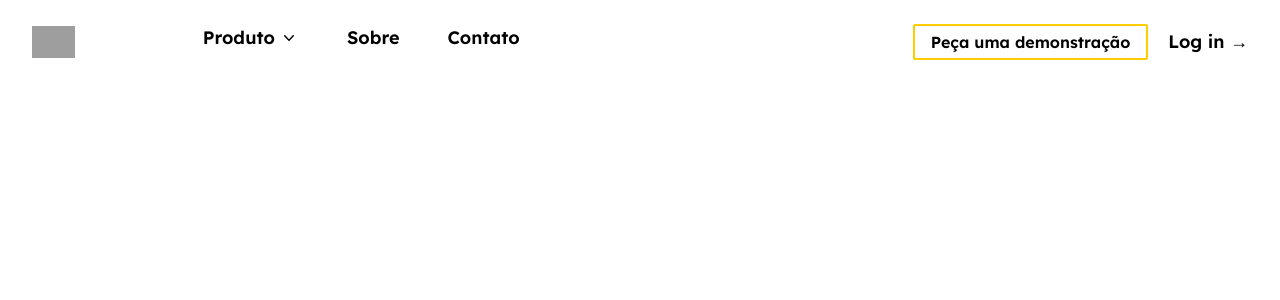
Repository: VereAbsolutum/site-institucional
Page: /
An editor plug-in stored every save of this project. The page is shown before and after a run of saves, followed by the edit.
The browser window is 1280 px wide. The pictures show the whole page.
Pictures or frames that could not be fetched are drawn as grey boxes. The project was rebuilt for these pictures with package versions that can differ from the ones it lists, and the page was loaded fresh each time. Also part of the build but not shown: vite.config.ts, src/presentation/components/buttons/button-primary.tsx, src/presentation/components/links/link-base.tsx, src/presentation/components/links/link-primary.tsx, src/presentation/components/links/link-border-primary.tsx, src/presentation/components/links/link-border-white.tsx, src/presentation/components/typography/text-base.tsx, src/presentation/components/typography/display.tsx and 8 more.

Above is the page before, as saved 2023-04-13 12:42:18.

### src/App.tsx
import React from 'react'
import { BrowserRouter, Routes, Route } from "react-router-dom"
import { Home, NotFound } from './presentation/pages'

const App: React.FC = () => {
  return (
    <BrowserRouter >
      <Routes>
        <Route path='/' element={<Home />} />
        <Route path='*' element={<NotFound />} />
      </Routes>
    </BrowserRouter>
  )
}

export default App

### src/index.css
@import url("https://fonts.googleapis.com/css?family=lexend+Deca:300,500,600|Playfair+Display:500");

:root {
    --font-family-lexend_deca: "Lexend Deca";
    --font-family-playfair_display: "Playfair Display";
    font-family: 'Lexend Deca', sans-serif;
}

@tailwind base;
@tailwind components;
@tailwind utilities;

### src/presentation/pages/index.ts
export { default as Home } from './home/home'
export { default as NotFound } from './not-found/notFound'

### src/presentation/pages/home/home.tsx
import React from 'react';
import { ButtonBorderPrimary, ButtonPrimary, Header, LinkBorderPrimary, LinkBorderWhite, LinkPrimary, TextCaption, TextDisplay, TextHeading1, TextHeading2, TextHeading3, TextMenu, TextParagraph, TextParagraphSmall } from '../../components';

const home: React.FC = () => {
    return (
        <>
            <Header />
            <main>
                <section className='bg-black'>
                    {/* <div className='inline-flex flex-col space-y-4'>
                        <ButtonBorderPrimary label='click here' />
                        <ButtonPrimary label='click here' />
                        <LinkPrimary>
                            Link to click
                        </LinkPrimary>
                        <LinkBorderPrimary>
                            Link to click
                        </LinkBorderPrimary>
                        <LinkBorderWhite>
                            Link to click
                        </LinkBorderWhite>
                        <TextDisplay>Display</TextDisplay>
                        <TextHeading1>Heading 1</TextHeading1>
                        <TextHeading2>Heading 2</TextHeading2>
                        <TextHeading3>Heading 3</TextHeading3>
                        <TextParagraph>Paragraph</TextParagraph>
                        <TextParagraphSmall>Paragraph Small</TextParagraphSmall>
                        <TextCaption>Caption</TextCaption>
                        <TextMenu>Menu</TextMenu>
                    </div> */}
                </section>
            </main>
        </>


    );
};

export default home;

### src/presentation/components/index.ts
export { default as Header } from './header/header'

export { default as ButtonBase } from './buttons/button-base'
export { default as ButtonBorderPrimary } from './buttons/button-border-primary'
export { default as ButtonPrimary } from './buttons/button-primary'

export { default as LinkBase } from './links/link-base'
export { default as LinkPrimary } from './links/link-primary'
export { default as LinkBorderPrimary } from './links/link-border-primary'
export { default as LinkBorderWhite } from './links/link-border-white'

export { default as TextBase } from './typography/text-base'
export { default as TextDisplay } from './typography/display'
export { default as TextHeading1 } from './typography/heading1'
export { default as TextHeading2 } from './typography/heading2'
export { default as TextHeading3 } from './typography/heading3'
export { default as TextParagraph } from './typography/paragraph'
export { default as TextParagraphSmall } from './typography/paragraph-small'
export { default as TextCaption } from './typography/caption'
export { default as TextMenu } from './typography/menu'

### src/presentation/components/header/header.tsx
import React, { useState } from 'react'
import {
    Bars3Icon,
    ChartPieIcon,
    CursorArrowRaysIcon,
    FingerPrintIcon,
} from '@heroicons/react/24/outline'
import { PhoneIcon, PlayCircleIcon } from '@heroicons/react/20/solid'
import { MainMenu, MobileMenu } from './components'
import { ButtonBorderPrimary } from '..'

const products = [
    { name: 'CdAdm Web', description: 'Get a better understanding of your traffic', href: '#', icon: ChartPieIcon },
    { name: 'CdAdm Grafico', description: 'Speak directly to your customers', href: '#', icon: CursorArrowRaysIcon },
    { name: 'CdFin', description: 'Your customers’ data will be safe and secure', href: '#', icon: FingerPrintIcon }
]
const callsToAction = [
    { name: 'Assista a Demo', href: '#', icon: PlayCircleIcon },
    { name: 'Contato', href: '#', icon: PhoneIcon },
]

function classNames(...classes: string[]) {
    return classes.filter(Boolean).join(' ');
}

const header: React.FC = () => {
    const [mobileMenuOpen, setMobileMenuOpen] = useState(false)

    return (
        <header className="bg-white">
            <nav className="mx-auto flex max-w-7xl items-center justify-between p-6 lg:px-8" aria-label="Global">

                <div className="flex lg:flex-1">
                    <a href="#" className="-m-1.5 p-1.5">
                        <span className="sr-only">SCordon</span>
                        <img className="h-8 w-auto" src="https://tailwindui.com/img/logos/mark.svg?color=indigo&shade=600" alt="" />
                    </a>

                    {/* main menu */}
                    <div className='ml-32'>
                        <MainMenu products={products} />
                    </div>
                </div>

                <div className="flex lg:hidden">
                    {/* Button */}
                    <button
                        type="button"
                        className="-m-2.5 inline-flex items-center justify-center rounded-md p-2.5 text-gray-700"
                        onClick={() => setMobileMenuOpen(true)}
                    >
                        <span className="sr-only">Open main menu</span>
                        <Bars3Icon className="h-6 w-6" aria-hidden="true" />
                    </button>
                </div>



                <div className="hidden lg:flex lg:flex-1 lg:justify-end align-items: center">
                    <div className='mr-5'>
                        <ButtonBorderPrimary label='Peça uma demonstração' />
                    </div>
                    <div className="flex items-center">
                        <a href="#" className="text-lg font-medium leading-6 font-semibold">
                            Log in <span aria-hidden="true">&rarr;</span>
                        </a>
                    </div>
                    {/* Button */}
                </div>
            </nav>

            <MobileMenu
                mobileMenuOpen={mobileMenuOpen}
                setMobileMenuOpen={setMobileMenuOpen}
                products={products}
                callsToAction={callsToAction}
            />
        </header>
    )
}

export default header

### src/presentation/components/buttons/button-base.tsx
import React from 'react'

export type ButtonProps = React.ButtonHTMLAttributes<HTMLButtonElement> & {
    label: string;
    className?: string;
};

const buttonBase: React.FC<ButtonProps> = ({ label, className, ...rest }) => {
    const baseClasses =
        'font-semibold rounded-sm hover:bg-blue-700 focus:outline-none focus:ring-2 focus:ring-blue-400 focus:ring-opacity-75';

    return (
        <button className={`${baseClasses} ${className}`} {...rest}>
            {label}
        </button>
    );
};

export default buttonBase;

### src/presentation/components/buttons/button-border-primary.tsx
// BorderedButton.tsx
import React from 'react';
import { ButtonBase } from '..';
import { ButtonProps } from './button-base';

const buttonBorderPrimary: React.FC<ButtonProps> = ({ className, ...rest }) => {
    const baseClasses = 'px-4 py-1 border-2 border-yellow bg-transparent border border-blue-500 text-blue-500 hover:bg-blue-500';

    return <ButtonBase className={`${baseClasses} ${className}`} {...rest} />;
};

export default buttonBorderPrimary;

### src/presentation/components/header/components/index.ts
export { default as MobileMenu } from './mobile-menu'
export { default as MainMenu } from './main-menu'

### src/presentation/components/header/components/mobile-menu.tsx
import React from 'react'
import { Dialog, Disclosure } from '@headlessui/react'
import { ChevronDownIcon, XMarkIcon } from '@heroicons/react/24/outline'
import { ButtonFilled } from '../..';

function classNames(...classes: string[]) {
    return classes.filter(Boolean).join(' ');
}

export type MobileMenuProps = {
    mobileMenuOpen: boolean
    setMobileMenuOpen: (open: boolean) => void
    products: Array<{
        name: string
        description: string
        href: string
        icon: any
    }>
    callsToAction: Array<{
        name: string
        href: string
        icon: any
    }>
}

const mobileMenu: React.FC<MobileMenuProps> = ({ mobileMenuOpen, setMobileMenuOpen, products, callsToAction }) => {
    return (
        <Dialog as="div" className="lg:hidden" open={mobileMenuOpen} onClose={setMobileMenuOpen}>
            <div className="fixed inset-0 z-10" />

            {/* Mobile Menu */}
            <Dialog.Panel className="fixed inset-y-0 right-0 z-10 w-full overflow-y-auto bg-white px-6 py-6 sm:max-w-sm sm:ring-1 sm:ring-gray-900/10">
                <div className="flex items-center justify-between">
                    <a href="#" className="-m-1.5 p-1.5">
                        <span className="sr-only">Your Company</span>
                        <img
                            className="h-8 w-auto"
                            src="https://tailwindui.com/img/logos/mark.svg?color=indigo&shade=600"
                            alt=""
                        />
                    </a>


                    <button
                        type="button"
                        className="-m-2.5 rounded-md p-2.5 text-gray-700"
                        onClick={() => setMobileMenuOpen(false)}
                    >
                        <span className="sr-only">Close menu</span>
                        <XMarkIcon className="h-6 w-6" aria-hidden="true" />
                    </button>

                </div>

                <div className="mt-6 flow-root">
                    <div className="-my-6 divide-y divide-gray-500/10">
                        <div className="space-y-2 py-6">
                            <Disclosure as="div" className="-mx-3">
                                {({ open }) => (
                                    <>
                                        <Disclosure.Button className="flex w-full font-medium text-lg  items-center justify-between rounded-lg py-2 pl-3 pr-3.5 leading-7 hover:bg-gray-50">
                                            Product
                                            <ChevronDownIcon
                                                className={classNames(open ? 'rotate-180' : '', 'h-5 w-5 flex-none')}
                                                aria-hidden="true"
                                            />
                                        </Disclosure.Button>
                                        <Disclosure.Panel className="mt-2 space-y-2">
                                            {[...products, ...callsToAction].map((item) => (
                                                <Disclosure.Button
                                                    key={item.name}
                                                    as="a"
                                                    href={item.href}
                                                    className="block rounded-lg py-2 pl-6 pr-3 text-sm font-semibold leading-7 text-gray-900 hover:bg-gray-50"
                                                >
                                                    {item.name}
                                                </Disclosure.Button>
                                            ))}
                                        </Disclosure.Panel>
                                    </>
                                )}
                            </Disclosure>
                            <a
                                href="#"
                                className="-mx-3 block rounded-lg px-3 py-2 font-medium text-lg leading-7 text-gray-900 hover:bg-gray-50"
                            >
                                Features
                            </a>
                            <a
                                href="#"
                                className="-mx-3 block rounded-lg px-3 py-2 font-medium text-lg leading-7 hover:bg-gray-50"
                            >
                                Marketplace
                            </a>
                            <a
                                href="#"
                                className="-mx-3 block rounded-lg px-3 py-2 font-medium text-lg leading-7 hover:bg-gray-50"
                            >
                                Company
                            </a>
                        </div>

                        <div className="py-6">
                            <a
                                href="#"
                                className="-mx-3 block rounded-lg px-3 py-2.5 font-medium text-lg leading-7 hover:bg-gray-50"
                            >
                                Log in
                            </a>
                        </div>
                    </div>
                </div>
            </Dialog.Panel>
        </Dialog>
    )
}

export default mobileMenu

### src/presentation/components/header/components/main-menu.tsx
import React, { Fragment } from 'react'
import { Popover, Transition } from '@headlessui/react'
import { ChevronDownIcon } from '@heroicons/react/20/solid'
import { PlayCircleIcon, PhoneIcon } from '@heroicons/react/20/solid'
import { Product } from './header-types'

const callsToAction = [
    { name: 'Watch demo', href: '#', icon: PlayCircleIcon },
    { name: 'Contact sales', href: '#', icon: PhoneIcon },
]

export type MainMenuProps = { products: Product[] }

const MainMenu: React.FC<MainMenuProps> = ({ products }) => {
    return (
        <Popover.Group className="hidden lg:flex lg:gap-x-12">
            <Popover className="relative">
                <Popover.Button className="flex items-center gap-x-1 text-lg  font-semibold  leading-6">
                    Produto
                    <ChevronDownIcon className="h-5 w-5 flex-none text-gray-400" aria-hidden="true" />
                </Popover.Button>

                <Transition
                    as={Fragment}
                    enter="transition ease-out duration-200"
                    enterFrom="opacity-0 translate-y-1"
                    enterTo="opacity-100 translate-y-0"
                    leave="transition ease-in duration-150"
                    leaveFrom="opacity-100 translate-y-0"
                    leaveTo="opacity-0 translate-y-1"
                >
                    <Popover.Panel className="absolute -left-8 top-full z-10 mt-3 w-screen max-w-md overflow-hidden rounded-3xl bg-white shadow-lg ring-1 ring-gray-900/5">
                        <div className="p-4">
                            {products.map((item) => (
                                <div
                                    key={item.name}
                                    className="group relative flex items-center gap-x-6 rounded-lg p-4 text-sm leading-6 hover:bg-gray-50"
                                >
                                    <div className="flex h-11 w-11 flex-none items-center justify-center rounded-lg bg-gray-50 group-hover:bg-white">
                                        <item.icon className="h-6 w-6 text-gray-600 group-hover:text-indigo-600" aria-hidden="true" />
                                    </div>
                                    <div className="flex-auto">
                                        <a href={item.href} className="block font-semibold text-gray-900">
                                            {item.name}
                                            <span className="absolute inset-0" />
                                        </a>
                                        <p className="mt-1 text-gray-600">{item.description}</p>
                                    </div>
                                </div>
                            ))}
                        </div>
                        <div className="grid grid-cols-2 divide-x divide-gray-900/5 bg-gray">  </div>
                        <div className="grid grid-cols-2 divide-x divide-gray-900/5 bg-gray-50">
                            {callsToAction.map((item) => (
                                <a
                                    key={item.name}
                                    href={item.href}
                                    className="flex items-center justify-center gap-x-2.5 p-3 text-sm font-semibold leading-6 text-gray-900 hover:bg-gray-100"
                                >
                                    <item.icon className="h-5 w-5 flex-none text-gray-400" aria-hidden="true" />
                                    {item.name}
                                </a>
                            ))}
                        </div>
                    </Popover.Panel>
                </Transition>
            </Popover>

            <a href="#" className="text-lg  font-semibold  leading-6 text-gray-900">
                Sobre
            </a>
            <a href="#" className="text-lg  font-semibold  leading-6 text-gray-900">
                Contato
            </a>
        </Popover.Group>
    )
}

export default MainMenu

### tailwind.config.js
/** @type {import('tailwindcss').Config} */
export default {
  content: [
    "./index.html",
    "./src/**/*.{js,ts,jsx,tsx}",
  ],
  theme: {
    fontFamily: {
      display: ['Playfair Display', 'serif'],
      sans: ['Lexend Deca', 'sans-serif']
    },
    colors: {
      yellow: '#FFCD00',
      black: '#1A1A1A',
      blue: '#2E475D',
      white: '#FFFFFF',
    },
    fontSize: {
      xs: '12px',
      sm: '14px',
      base: '16px',
      lg: '18px',
      xl: '22px',
      xxl: '32px',
      '2xl': '38px',
      '3xl': '59px'
    },
    extend: {},
  },
  plugins: [],
}

Loaded but not shown: index.html (common file); src/main.tsx (common file)

After the next 2 saves:
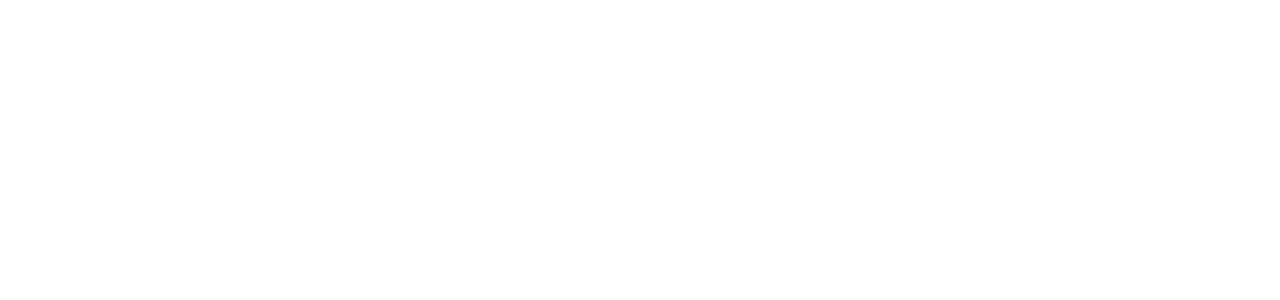
Console error: ReferenceError: title is not defined
The 2 saves are shown as one change because 1 did not build or start.
The last was saved 18 s later.
--- a/src/presentation/pages/home/home.tsx
+++ b/src/presentation/pages/home/home.tsx
@@ -28,6 +28,19 @@
                         <TextCaption>Caption</TextCaption>
                         <TextMenu>Menu</TextMenu>
                     </div> */}
+                    <div className="flex flex-col md:flex-row items-center justify-center">
+                        <div className="md:w-1/2 p-4">
+                            <h1 className="text-xl md:text-2xl font-bold mb-2">{title}</h1>
+                            <p className="text-md mb-4">{description}</p>
+                            <button className="bg-blue-500 hover:bg-blue-700 text-white font-bold py-2 px-4 rounded">
+                                {buttonText}
+                            </button>
+                        </div>
+                        <div className="md:w-1/2 p-4">
+                            <img className="w-full h-auto" src={imageUrl} alt={title} />
+                        </div>
+                    </div>
+
                 </section>
             </main>
         </>

After the 2 saves that followed:
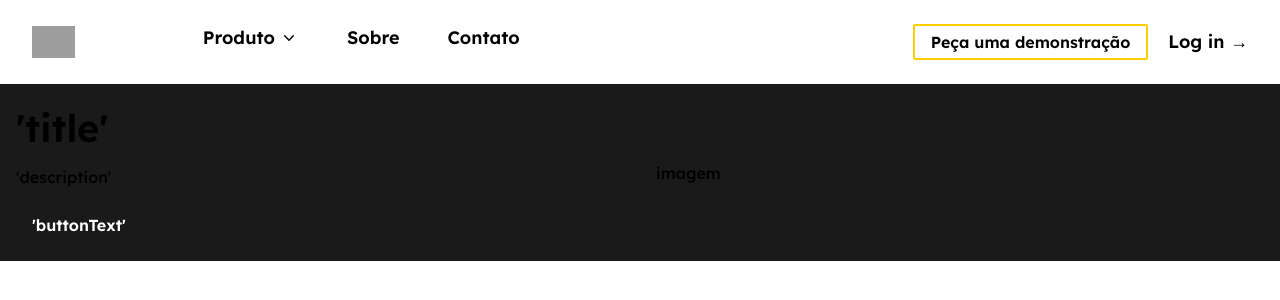
The error is gone.
The 2 saves are shown as one change because 1 left the picture as it was.
The last was saved 29 s later.
--- a/src/presentation/pages/home/home.tsx
+++ b/src/presentation/pages/home/home.tsx
@@ -30,14 +30,14 @@
                     </div> */}
                     <div className="flex flex-col md:flex-row items-center justify-center">
                         <div className="md:w-1/2 p-4">
-                            <h1 className="text-xl md:text-2xl font-bold mb-2">{title}</h1>
-                            <p className="text-md mb-4">{description}</p>
+                            <h1 className="text-xl md:text-2xl font-bold mb-2">'title'</h1>
+                            <p className="text-md mb-4">'description'</p>
                             <button className="bg-blue-500 hover:bg-blue-700 text-white font-bold py-2 px-4 rounded">
-                                {buttonText}
+                                'buttonText'
                             </button>
                         </div>
                         <div className="md:w-1/2 p-4">
-                            <img className="w-full h-auto" src={imageUrl} alt={title} />
+                            <span>imagem</span>
                         </div>
                     </div>
 
